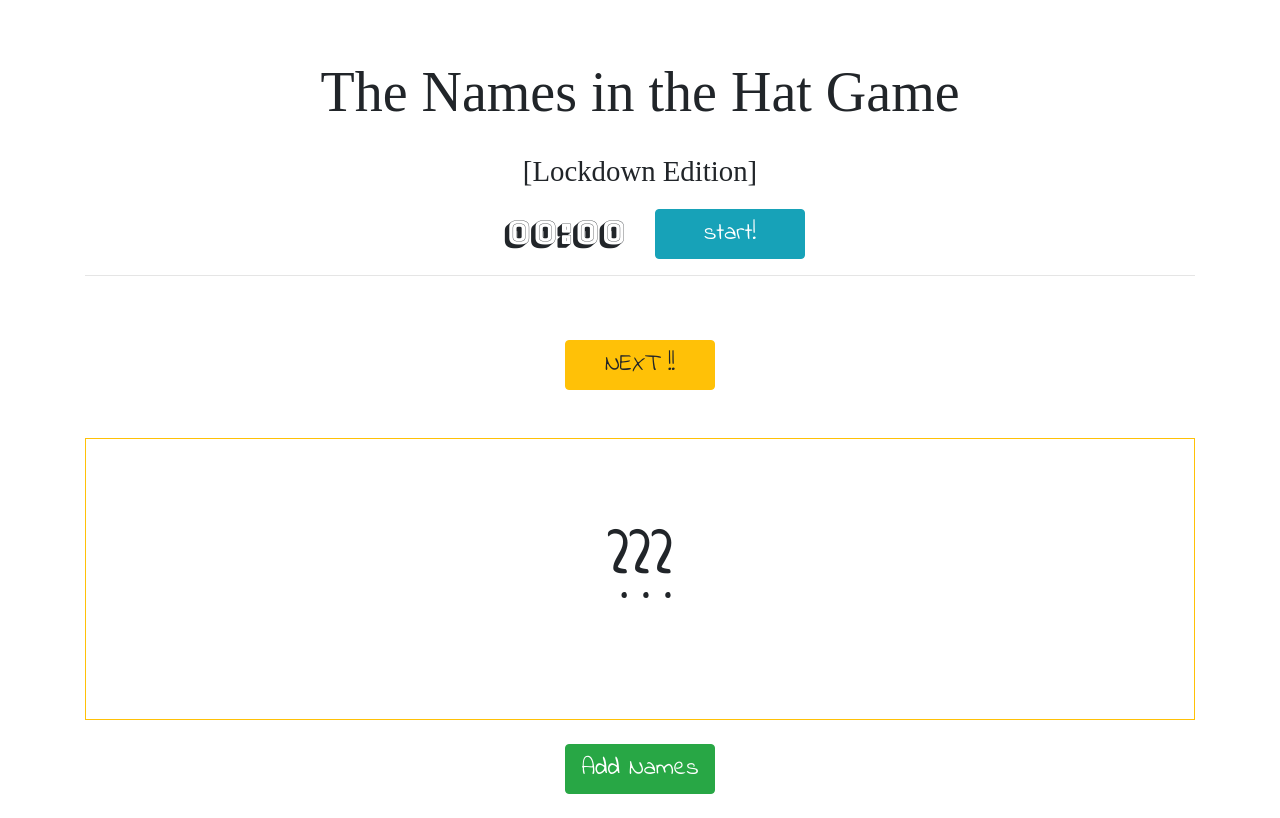
Repository: TaylorD1982/randomizer
Page: index.html
The author's editor kept a record of every edit. The page is drawn from the files as they stood at one moment, then again after the next edit.
The browser window is 1280 px wide. The pictures show the whole page.
Some web fonts or font styles are not loaded; a fallback is used. Some web libraries are served in a nearby version.

Above is the page before.
Console error: TypeError: Cannot read properties of null (reading 'addEventListener')

After the next edit:
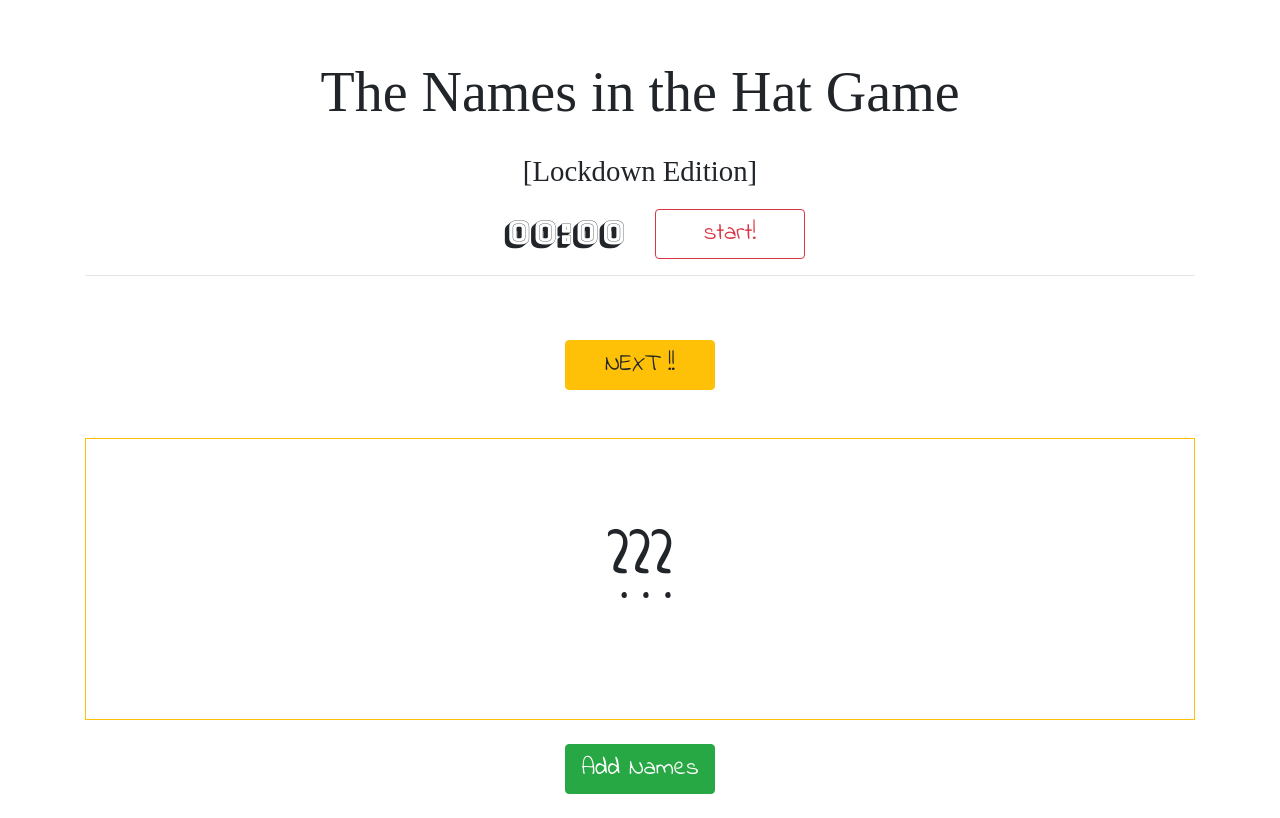
The edit:
--- a/index.html
+++ b/index.html
@@ -29,7 +29,7 @@
                             <div class="clock"><span class="timer-view">00:00</span></div>
                         </div>
                         <div class="col-6 button1">
-                            <button class="start btn btn-info">start!</button>
+                            <button class="start btn btn-outline-danger">start!</button>
                         </div>
                     </div>
                 </div>
